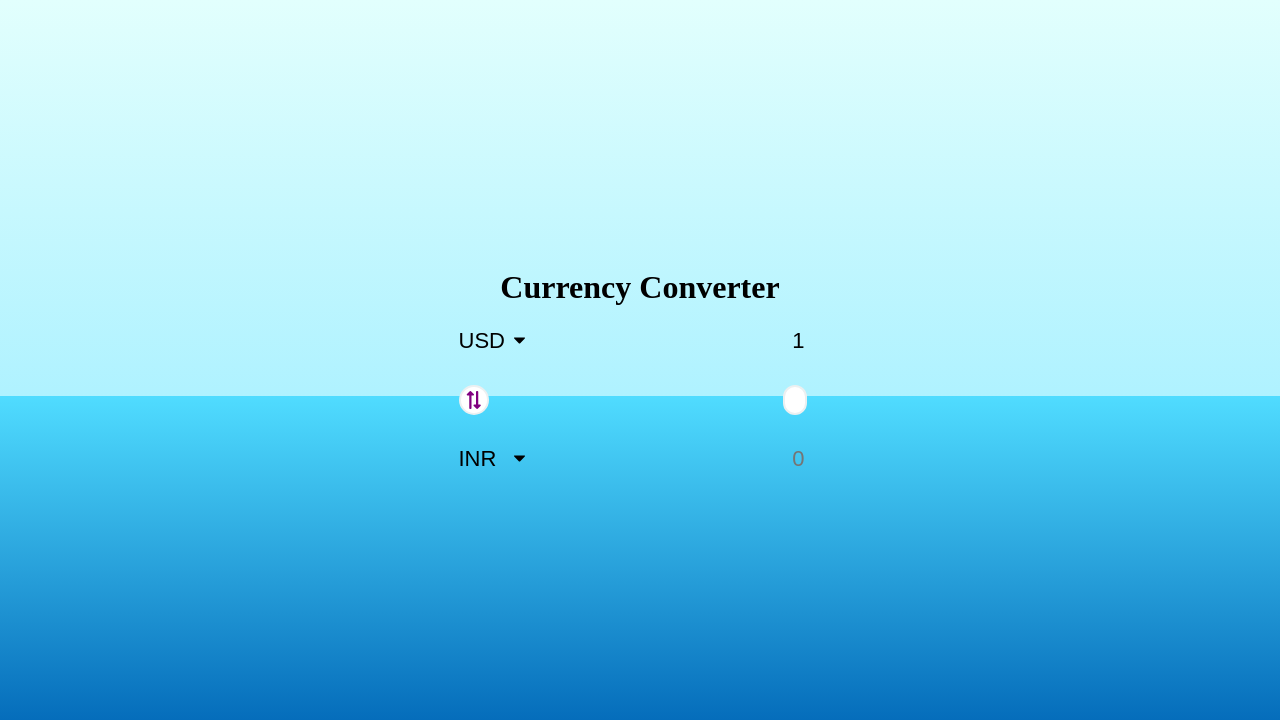
Repository: Sp4ngl3r/Currency-Converter
Page: currency.html
These files come from the project's save history. The page is drawn as it stood at one moment and after the next save; the edit follows.
The browser window is 1280 px wide. The pictures show the whole page.
The page's requests for data from a server got no answer. Some web fonts or font styles are not loaded; a fallback is used. Some web libraries are served in a nearby version.

Above is the page before, as saved 2020-04-19 09:07:49.

### currency.html
<html lang="en">
  <head>
    <meta charset="UTF-8" />
    <title>Currency Converter</title>
    <link
      rel="stylesheet"
      href="https://cdnjs.cloudflare.com/ajax/libs/font-awesome/5.10.2/css/all.min.css"
    />
    <link rel="stylesheet" href="currency.css" />
  </head>
  <body>
    <div>
      <h1>Currency Converter</h1>
    </div>
    <div class="container">
      <div class="currency">
        <select id="from_currency">
          <option value="AED">AED</option>
          <option value="ARS">ARS</option>
          <option value="AUD">AUD</option>
          <option value="BGN">BGN</option>
          <option value="BRL">BRL</option>
          <option value="BSD">BSD</option>
          <option value="CAD">CAD</option>
          <option value="CHF">CHF</option>
          <option value="CLP">CLP</option>
          <option value="CNY">CNY</option>
          <option value="COP">COP</option>
          <option value="CZK">CZK</option>
          <option value="DKK">DKK</option>
          <option value="DOP">DOP</option>
          <option value="EGP">EGP</option>
          <option value="EUR">EUR</option>
          <option value="FJD">FJD</option>
          <option value="GBP">GBP</option>
          <option value="GTQ">GTQ</option>
          <option value="HKD">HKD</option>
          <option value="HRK">HRK</option>
          <option value="HUF">HUF</option>
          <option value="IDR">IDR</option>
          <option value="ILS">ILS</option>
          <option value="INR">INR</option>
          <option value="ISK">ISK</option>
          <option value="JPY">JPY</option>
          <option value="KRW">KRW</option>
          <option value="KZT">KZT</option>
          <option value="MXN">MXN</option>
          <option value="MYR">MYR</option>
          <option value="NOK">NOK</option>
          <option value="NZD">NZD</option>
          <option value="PAB">PAB</option>
          <option value="PEN">PEN</option>
          <option value="PHP">PHP</option>
          <option value="PKR">PKR</option>
          <option value="PLN">PLN</option>
          <option value="PYG">PYG</option>
          <option value="RON">RON</option>
          <option value="RUB">RUB</option>
          <option value="SAR">SAR</option>
          <option value="SEK">SEK</option>
          <option value="SGD">SGD</option>
          <option value="THB">THB</option>
          <option value="TRY">TRY</option>
          <option value="TWD">TWD</option>
          <option value="UAH">UAH</option>
          <option value="USD" selected>USD</option>
          <option value="UYU">UYU</option>
          <option value="VND">VND</option>
          <option value="ZAR">ZAR</option>
        </select>
        <input type="number" id="from_amount" placeholder="0" value="1" />
      </div>
      <div class="middle">
        <button id="exchange">
          <i class="fas fa-exchange-alt"></i>
        </button>
        <div class="rate" id="rate"></div>
      </div>
      <div class="currency">
        <select id="to_currency"
          ><option value="AED">AED</option>
          <option value="ARS">ARS</option>
          <option value="AUD">AUD</option>
          <option value="BGN">BGN</option>
          <option value="BRL">BRL</option>
          <option value="BSD">BSD</option>
          <option value="CAD">CAD</option>
          <option value="CHF">CHF</option>
          <option value="CLP">CLP</option>
          <option value="CNY">CNY</option>
          <option value="COP">COP</option>
          <option value="CZK">CZK</option>
          <option value="DKK">DKK</option>
          <option value="DOP">DOP</option>
          <option value="EGP">EGP</option>
          <option value="EUR">EUR</option>
          <option value="FJD">FJD</option>
          <option value="GBP">GBP</option>
          <option value="GTQ">GTQ</option>
          <option value="HKD">HKD</option>
          <option value="HRK">HRK</option>
          <option value="HUF">HUF</option>
          <option value="IDR">IDR</option>
          <option value="ILS">ILS</option>
          <option value="INR" selected>INR</option>
          <option value="ISK">ISK</option>
          <option value="JPY">JPY</option>
          <option value="KRW">KRW</option>
          <option value="KZT">KZT</option>
          <option value="MXN">MXN</option>
          <option value="MYR">MYR</option>
          <option value="NOK">NOK</option>
          <option value="NZD">NZD</option>
          <option value="PAB">PAB</option>
          <option value="PEN">PEN</option>
          <option value="PHP">PHP</option>
          <option value="PKR">PKR</option>
          <option value="PLN">PLN</option>
          <option value="PYG">PYG</option>
          <option value="RON">RON</option>
          <option value="RUB">RUB</option>
          <option value="SAR">SAR</option>
          <option value="SEK">SEK</option>
          <option value="SGD">SGD</option>
          <option value="THB">THB</option>
          <option value="TRY">TRY</option>
          <option value="TWD">TWD</option>
          <option value="UAH">UAH</option>
          <option value="USD">USD</option>
          <option value="UYU">UYU</option>
          <option value="VND">VND</option>
          <option value="ZAR">ZAR</option>
        </select>
        <input type="number" id="to_amount" placeholder="0" />
      </div>
    </div>
    <script src="currency.js"></script>
  </body>
</html>

### currency.css
@import url("https://fonts.googleapis.com/css?family=Muli&display=swap");
* {
  box-sizing: border-box;
}
body {
  background: linear-gradient(
    to bottom,
    #e2fffd 0%,
    #aff2ff 55%,
    #50dcff 55%,
    #056dbb 100%
  );
  font-family: "Muli", fantasy;
  display: flex;
  flex-direction: column;
  justify-content: center;
  align-items: center;
  height: 100vh;
  margin: 0;
}
.currency {
  display: flex;
  align-items: center;
  justify-content: space-between;
}
.currency select {
  background: transparent;
  background-image: url("data:[embedded picture, 475 characters]");
  background-repeat: no-repeat, repeat;
  background-position: right 0.2em top 50%, 0 0;
  background-size: 0.5em auto, 100%;
  border: 0;
  padding-right: 20px;
  font-size: 22px;
  -moz-appearance: none;
  -webkit-appearance: none;
  appearance: none;
}
.currency input {
  border: 0;
  background: transparent;
  font-size: 22px;
  text-align: right;
}
.middle {
  color: teal;
  display: flex;
  align-items: center;
  justify-content: space-between;
}
.middle button {
  background-color: #fff;
  border: 2px solid #ecf0f1;
  border-radius: 50%;
  cursor: pointer;
  color: purple;
  font-size: 18px;
  display: flex;
  align-items: center;
  justify-content: center;
  height: 30px;
  width: 30px;
  transform: rotate(90deg);
}
.middle button:active {
  transform: rotate(90deg) scale(0.9);
}
.middle .rate {
  background-color: #fff;
  border: 2px solid #ecf0f1;
  border-radius: 50px;
  font-size: 18px;
  display: flex;
  align-items: center;
  justify-content: center;
  height: 30px;
  padding: 0 10px;
  margin: 30px 15px 30px 25px;
}
select:focus,
input:focus,
button:focus {
  outline: 0;
}

### currency.js
const from_initial_currency = document.getElementById("from_currency");
const from_initial_amount = document.getElementById("from_amount");
const to_expected_currency = document.getElementById("to_currency");
const to_expected_amount = document.getElementById("to_amount");
const rateEl = document.getElementById("rate");
const exchange = document.getElementById("exchange");

from_initial_currency.addEventListener("change", calculate);
from_initial_amount.addEventListener("input", calculate);
to_expected_currency.addEventListener("change", calculate);
to_expected_amount.addEventListener("input", calculate);

exchange.addEventListener("click", () => {
  const temp = from_initial_currency.value;
  from_initial_currency.value = to_expected_currency.value;
  to_expected_currency.value = temp;
  calculate();
});

function calculate() {
  const from_currency = from_initial_currency.value;
  const to_currency = to_expected_currency.value;

  fetch(`https://api.exchangerate-api.com/v4/latest/${from_currency}`)
    .then((res) => res.json())
    .then((res) => {
      const rate = res.rates[to_currency];
      rateEl.innerText = `1 ${from_currency} = ${rate} ${to_currency}`;
      to_expected_amount.value = (from_initial_amount.value * rate).toFixed(2);
    });
}

calculate();

After the next save:
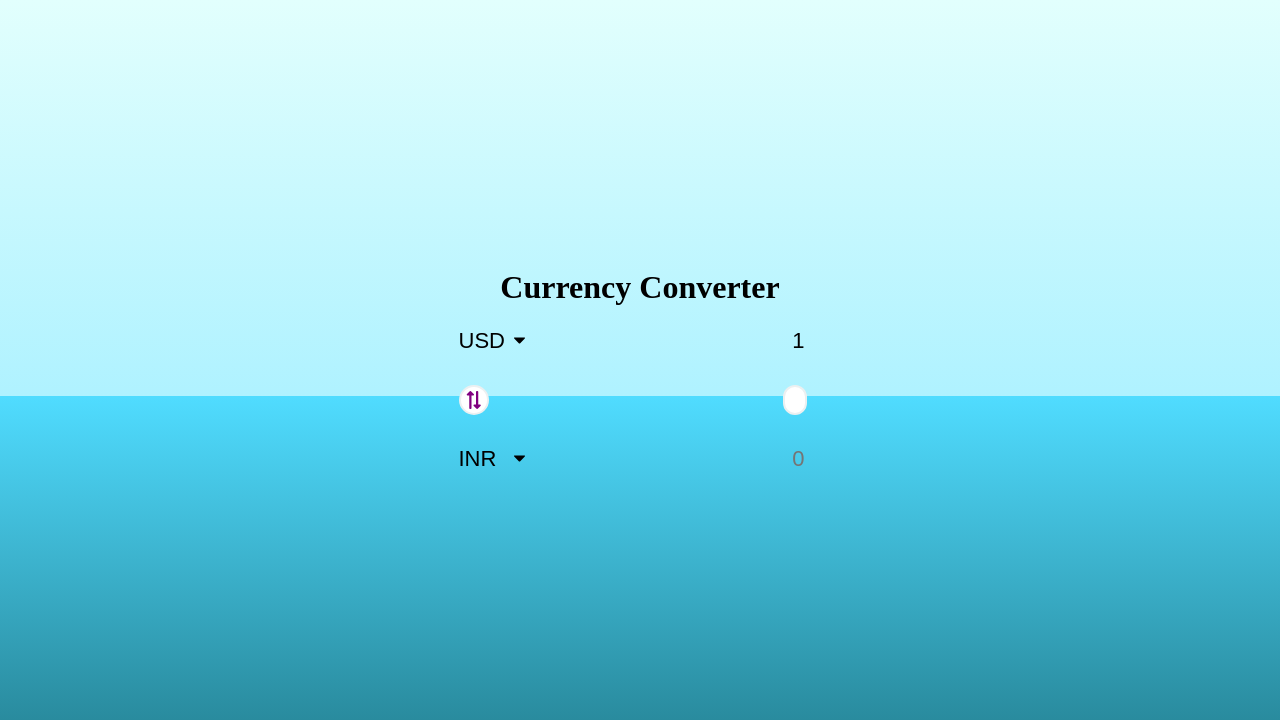
Saved 26 s later.
--- a/currency.css
+++ b/currency.css
@@ -8,7 +8,7 @@ body {
     #e2fffd 0%,
     #aff2ff 55%,
     #50dcff 55%,
-    #056dbb 100%
+    #298b9e 100%
   );
   font-family: "Muli", fantasy;
   display: flex;
